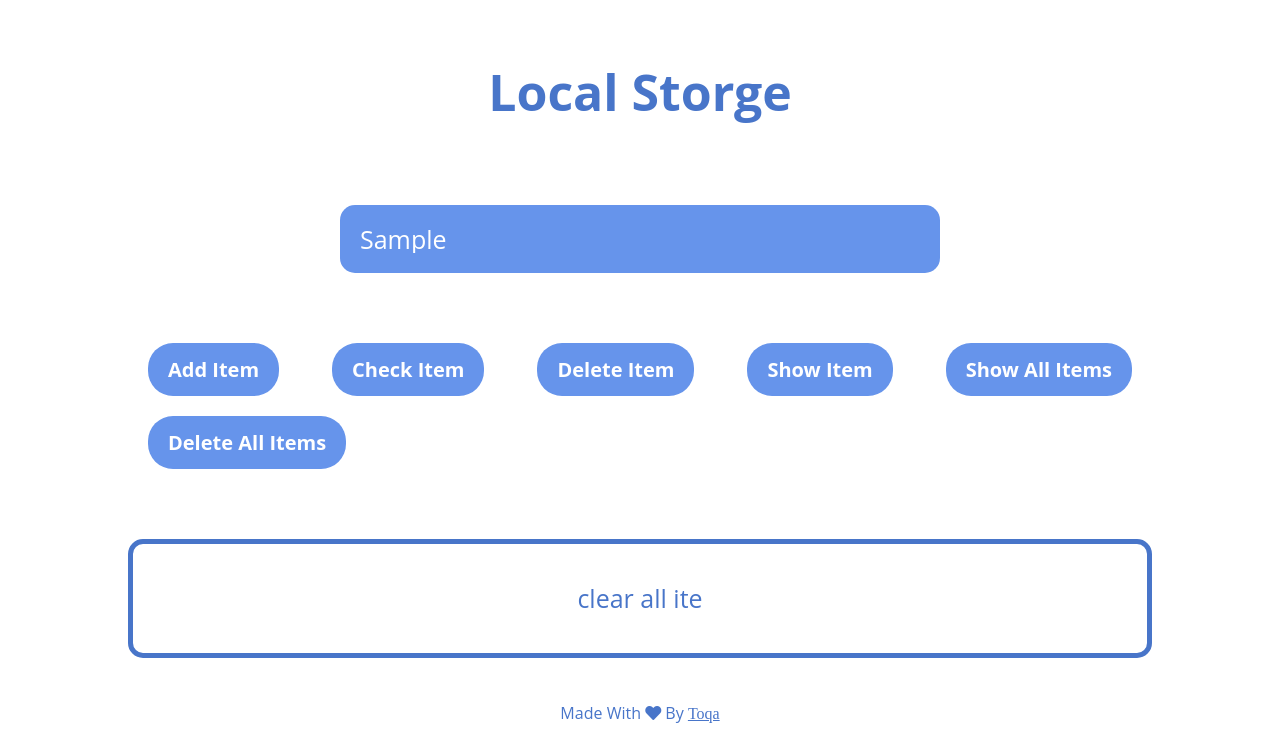
Repository: Toqa-25/local-storge
Page: index.html
An editor plug-in stored every save of this project. The page is shown before and after the next save, followed by the edit.
The browser window is 1280 px wide. The pictures show the whole page.
Empty fields were first filled with sample values (such as "Sample", 5 or name@example.com).
After loading, the first visible `#delete-all` was clicked once.
Some web fonts or font styles are not loaded; a fallback is used.

Above is the page before, as saved 2022-02-15 22:57:48.

### index.html
<!DOCTYPE html>
<html lang="en">
<head>
    <meta charset="UTF-8">
    <meta http-equiv="X-UA-Compatible" content="IE=edge">
    <meta name="viewport" content="width=device-width, initial-scale=1.0">
     <!-- css fils -->
     <link rel="stylesheet" href="css/normalize.css">
     <link rel="stylesheet" href="css/all.min.css">
     <link rel="stylesheet" href="css/style.css">
     <!-- google fonts -->
     <link href="https://fonts.googleapis.com/css2?family=Pushster&amp;display=swap" rel="stylesheet">
     <!-- page title -->
    <title>Local Storge</title>
</head>
<body>
 <section class="local-Storge container pad">
     <div class="local-storge-head">
         <h1 class="local-header">local storge</h1>
     </div>
     <div class="input-field">
         <input type="text" name="" id="input" placeholder="Enter Item Name">
     </div>
     <div class="buutons-group">
         <button class="btn" id="add">add item</button>
         <button class="btn" id="check">check item</button>
         <button class="btn" id="delete">delete item</button>
         <button class="btn" id="show">show item</button>
         <button class="btn" id="show-all">show all items</button>
         <button class="btn" id="delete-all">delete all items</button>
     </div>
     <div class="result">
         <p class="result-content">show result</p>
     </div>
 </section>
    <!--  copyRight style  -->
    <div class="bottom-group">
             <p>made with <i class="fas fa-heart"></i> by <a class="developer link-none" href="https://toqa-25.github.io/portfolio/">toqa</a></p>
    </div>
    <script src="js/script.js"></script>
    <script src="https://unpkg.com/sweetalert/dist/sweetalert.min.js"></script>
</body>
</html>

### css/style.css
/* component style */
:root{
    --main-color: #4875c9;
    --main-alt-color: hsl(219, 77%, 66%);
    --white-color: #fff;
    --text-color: #87a3d7;
}
*{
     margin:0;
     padding:0;
     box-sizing: border-box;
}
html{
    scroll-behavior: smooth;
}
body{
    font-family: 'Open Sans', sans-serif;
    min-height: 100vh;
}
.container{
    width:80%;
    margin:0 auto;
}

.pad{
    padding: 30px 0;
}

/* element style */
section {
    /* height: calc(100vh - 90px); */
    display: flex;
    gap: 50px;
    flex-direction: column;
    justify-content: center;
    align-items: center;
}
/* @media (min-width : 992px){
    section {
       height: calc(100vh - 90px);
    }
} */
.local-header {
    color: var(--main-color);
    font-size: 50px;
    text-transform: capitalize;
    }
.input-field{
    width: 100%;
}
input {
    padding: 20px;
    width: 100%;
    border: none;
    background-color: var(--main-color);
    background-color: var(--main-alt-color);
    border-radius: 15px;
    color:#fff;
    font-size: 25px;
    -webkit-border-radius: 15px;
    -moz-border-radius: 15px;
    -ms-border-radius: 15px;
    -o-border-radius: 15px;
    display: block;
    max-width: 600px;
    margin:auto;
}
input:focus{
    outline: none;
    caret-color: #fff;
}
input::placeholder{
        color:rgba(255, 255, 255, 0.726);
}
.buutons-group {
    padding: 20px;
    width: 100%;
    display: flex;
    gap: 20px;
    justify-content: space-between;
    align-items: center;
    flex-wrap: wrap;
}
/* @media (max-width : 575px){
    .buutons-group {
        flex-direction: column;
    }
} */
.btn {
    border-radius: 25px;
    padding: 15px 20px;
    border: none;
    background-color: var(--main-alt-color);
    color: #fff;
    font-weight: bold;
    text-transform: capitalize;
    font-size: 20px;
    cursor: pointer;
    transition: .3s;
    -webkit-transition: .3s;
    -moz-transition: .3s;
    -ms-transition: .3s;
    -o-transition: .3s;
}
.btn:hover{
    background-color: var(--main-color);
}
.result {
    border-radius: 15px;
    width: 100%;
    text-align: center;
    border: 5px solid var(--main-color);
    /* min-height: 100px; */
    display: flex;
    justify-content: center;
    align-items: center;
    color: var(--main-color);
    padding:20px;

}
.result-content {
    font-size: 25px;
    /* text-transform: capitalize; */
    color: var(--main-color);
    padding: 20px;
    text-align: left;
}
.result-content span {
background-color: var(--main-color);
    color: #fff;
    display: inline-block;
    margin: 0 7px;
    padding: 5px 10px;
    border-radius: 10px;
}
.result-content h4 {
    /* border-bottom:1px solid var(--main-color); */
    margin-bottom: 5px;
}
/*******************************************/
/* copyRight style */
.bottom-group{
color:var(--main-color);
text-align: center;
margin: 16px auto;
}
.bottom-group p{
    text-transform:capitalize;
}
.bottom-group p a{
    font-family: 'Pushster', cursive;
     color:var(--main-color);
}

### js/script.js
// Dom vars
let input = document.getElementById("input"),
    addButton = document.getElementById("add"),
    checkButton = document.getElementById("check"),
    deleteButton = document.getElementById("delete"),
    showButton = document.getElementById("show"),
    showAllButton = document.getElementById("show-all"),
    deleteAllButton = document.getElementById("delete-all"),
    resultContent = document.querySelector(".result-content");

 // localStorge
let items = localStorage.getItem("items") ?
    JSON.parse(localStorage.getItem("items")) : [];
    console.log("items" , items)

// Run Function
    addButton.onclick = addItem;
    checkButton.onclick = checkItem;
    deleteButton.onclick = deleteItem;
    showButton.onclick = showItem;
    showAllButton.onclick = showAllItems;
    deleteAllButton.onclick = deleteAllItems;

// set functions
  // add function
 function addItem(){
     if (input.value != "" && input.value != null) {
         items = [...items, input.value.trim()]
         localStorage.setItem("items", JSON.stringify(items))
         resultContent.innerHTML = `You add  <span>${input.value.trim()} </span>to localStorge`
         input.value = null;
     }
     else {
         swal("Enter the Item Name");
   }
 }
  // delete function
function deleteItem() {
           resultContent.innerHTML = "";
    if (input.value != "" && input.value != null) {
      if (items.includes(input.value.trim())) {
        items.map((item, index) => {
          if (item == input.value.trim()) {
            items.splice(index, 1);
            localStorage.setItem("items", JSON.stringify(items));
            resultContent.innerHTML = `You delete <span>${input.value.trim()} </span> from localStorge`;
          }
        });
       }
       else {
         resultContent.innerHTML = `Not found <span>${input.value.trim()} </span> item  in localStorge`
       }
      input.value = null;
    }
    else {
      swal("Enter the Item Name");
    }
 }

  // check function
function checkItem() {   //f
  resultContent.innerHTML = "";
  if (input.value != "" && input.value != null) {   // if 1
    if (items.includes(input.value.trim())) {
      resultContent.innerHTML = `The <span>${input.value.trim()} </span> item is exisit in localStorge`;
    } else {
      resultContent.innerHTML = `Not found <span>${input.value.trim()} </span> item  in localStorge`;
    }
    input.value = null;
  } //if 1
  else {
    swal("Enter the Item Name");
  }
} //f

  // show function
function showItem() {
    resultContent.innerHTML = "";
     if (input.value != "" && input.value != null) {
       if (items.includes(input.value.trim())) {
         resultContent.innerHTML = `${input.value.trim()}`;
       } else {
         resultContent.innerHTML = `Not found <span>${input.value.trim()} </span> item  in localStorge`;
       }
       input.value = null;
     } else {
       swal("Enter the Item Name");
     }
 }
  // show function
function showAllItems() {
     input.value = null
     if (items.length >= 1) {
         resultContent.innerHTML = ""
         items.map((item, index) => {
             resultContent.innerHTML += `<h4> ${index + 1} - ${item} </h4>`

         })
     }
         else {
        resultContent.innerHTML = `No items to show`;
         }
        // console.log("showAll", items);
     }

function deleteAllItems() {
  items = [];
   localStorage.setItem("items", JSON.stringify(items));
   resultContent.innerHTML = `clear all ite`
 }

Loaded but not shown: css/normalize.css (library); css/all.min.css (library)

After the next save:
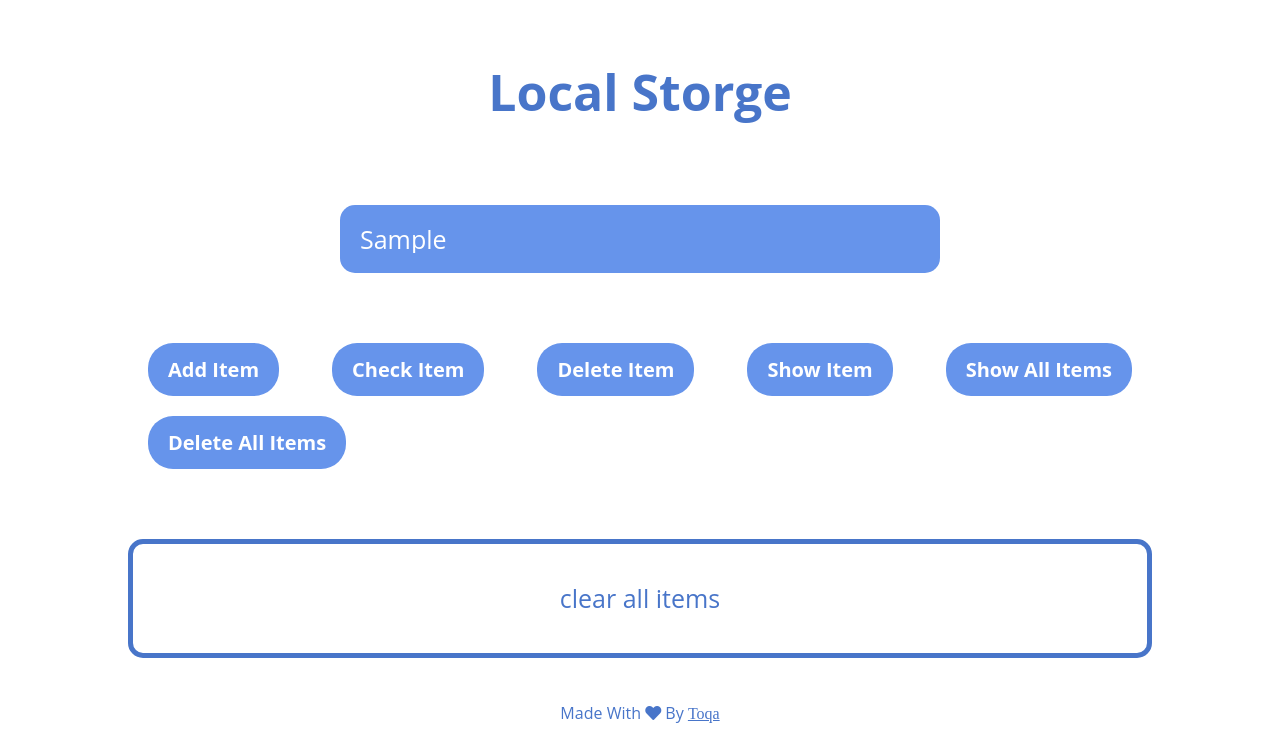
Saved 7 s later.
--- a/js/script.js
+++ b/js/script.js
@@ -106,5 +106,5 @@ function showAllItems() {
 function deleteAllItems() {
   items = [];
    localStorage.setItem("items", JSON.stringify(items));
-   resultContent.innerHTML = `clear all ite`
+   resultContent.innerHTML = `clear all items`
  }
